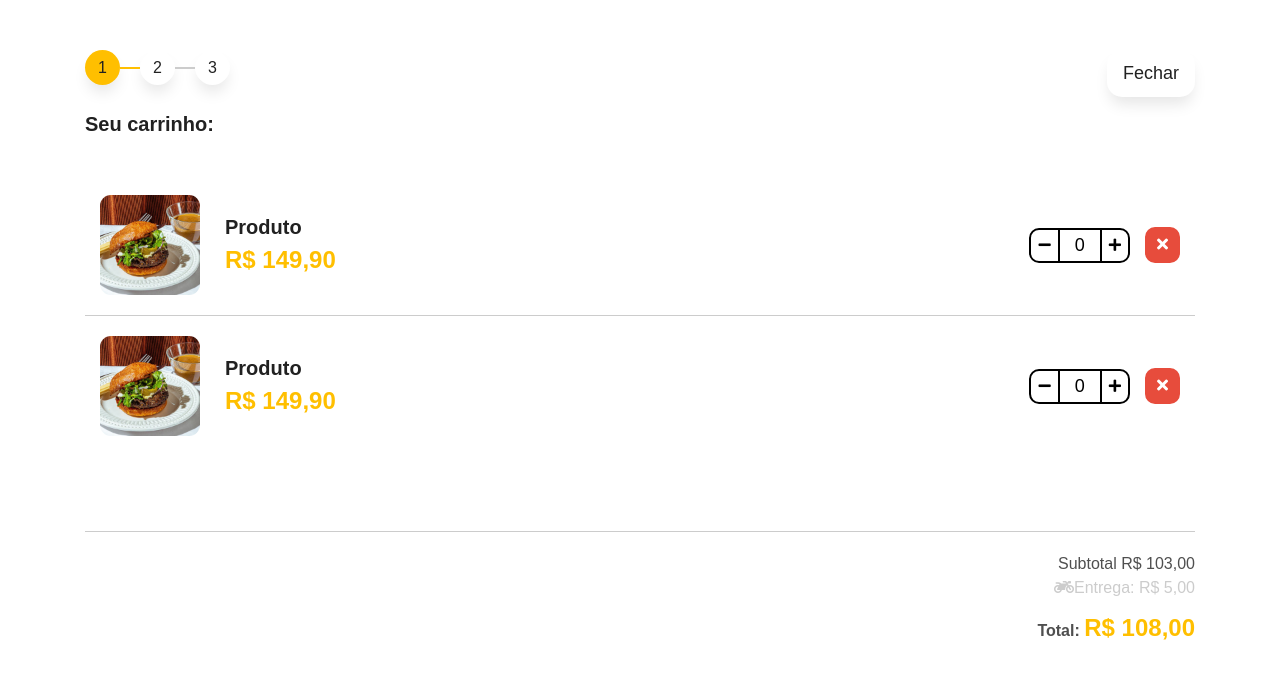
Repository: darkness318/restaraunt
Page: index.html
An editor plug-in stored every save of this project. The page is shown before and after the next save, followed by the edit.
The browser window is 1280 px wide. The pictures show the window.
A layer covers the whole window, so only the first screen is drawn.

Above is the page before, as saved 2024-10-01 10:19:16.

After the next save:
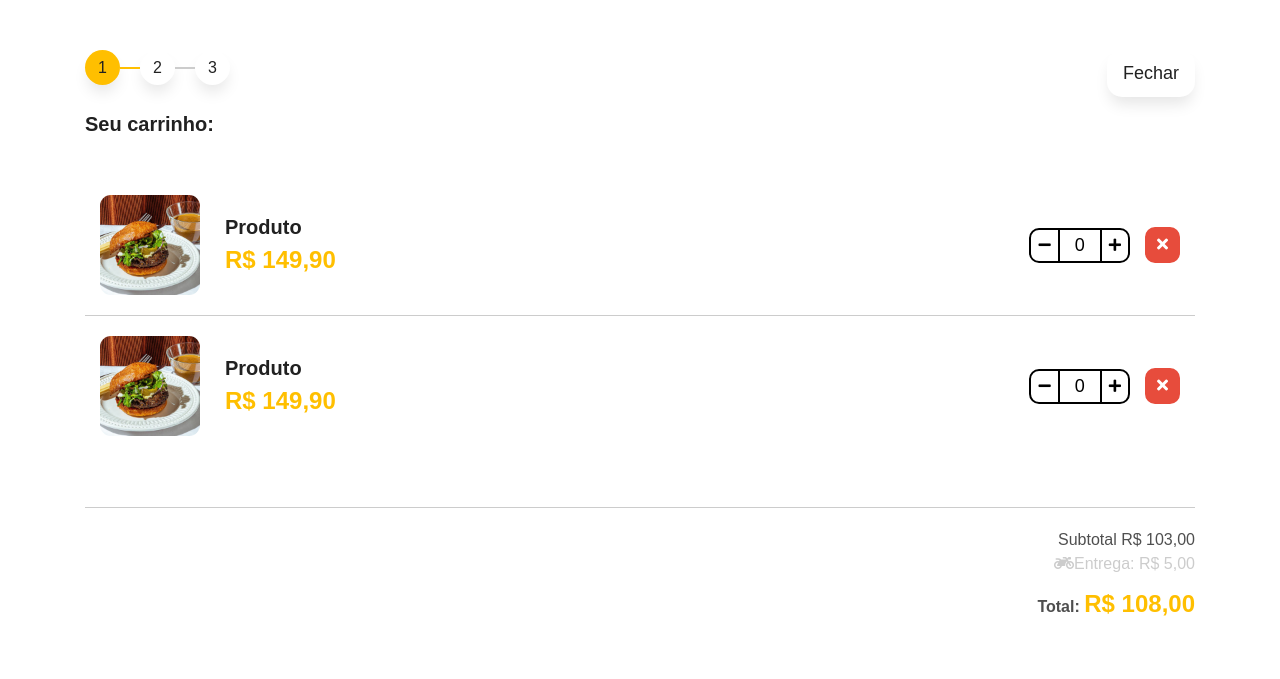
Saved 9 s later.
--- a/index.html
+++ b/index.html
@@ -533,7 +533,7 @@
               <span class="valor-total" id="lblValorTotal"><b>R$ 108,00</b></span>
             </p>
           </div>
-          <a href=""></a>
+          <a class="btn"></a>
         </div>
       </div>
     </div>
